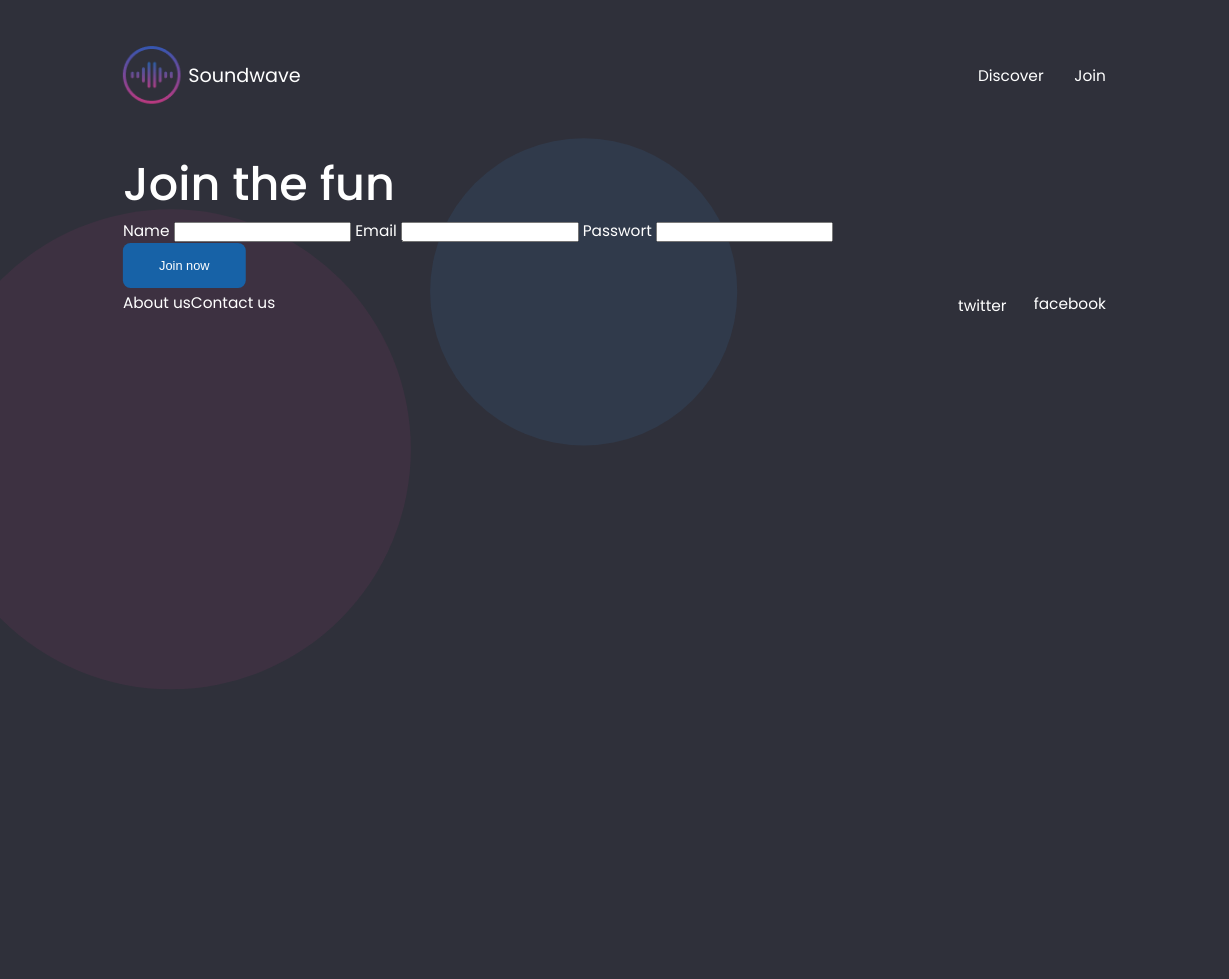
Repository: Hiiiij/soundwave
Page: pages/join.html
The author's editor kept a copy of each file at every save. The page is drawn from the files as they stood at one save, then again after the next save.
The browser window is 1280 px wide. The pictures show the whole page, at 96% of full size.

Above is the page before, as saved 2020-07-04 17:38:34.

### pages/join.html
<!DOCTYPE html>
<html lang="en">
  <head>
    <meta charset="UTF-8" />
    <meta name="viewport" content="width=device-width, initial-scale=1.0" />
    <link rel="stylesheet" href="../style.css" />
    <title>Soundwave</title>
  </head>

  <body class="main-container page-content">
    <header class="header container">
      <a href="/" class="logo">
        <img src="../assets/icons/logo.png" alt="logo-soundwave" />
        <span class="logotype">Soundwave</span>
      </a>
      <nav class="header-nav">
        <ul>
          <li>
            <a href="/pages/discover.html">Discover</a>
          </li>
          <li>
            <a href="/pages/join.html">Join</a>
          </li>
        </ul>
      </nav>
    </header>
    <section class="join container">
      <div class="left-section">
          <h1 class="title">Join the <span class="fun">fun</span> </h1>
      </div>
      <div class="right-section">
        <form class="form">

             <label for="name">Name</label>
             <input type="text" name="name" id="name"/>


             <label for="email">Email</label>
             <input type="email" name="email" id="email" />


             <label for="password">Passwort</label>
             <input type="password" name="passwort" id="passwort" />

           <div class="btn-container">
          <button class="button-primary" type="submit">Join now</button>
          </div>
          </form>
        </form>
        </div>
    </section>
     <span class="pink joy-1"></span>
      <span class="blue joy-2"></span>



    <footer class="footer-nav">
      <div class="main-container container">
        <nav class="footer">
          <ul class="footer-navigation">
            <li><a href="about.html">About us</a></li>
            <li><a href="contact.html">Contact us</a></li>
          </ul>
          <ul class="social-links">
            <li>
              <a href="#" class="link">
                <svg
                  width="24"
                  height="24"
                  viewBox="0 0 24 24"
                  fill="none"
                  xmlns="http://www.w3.org/2000/svg"
                >
                  <g clip-path="url(#clip0)">
                    <path
                      d="M24 4.55705C23.117 4.94905 22.168 5.21305 21.172 5.33205C22.189 4.72305 22.97 3.75805 23.337 2.60805C22.386 3.17205 21.332 3.58205 20.21 3.80305C19.313 2.84605 18.032 2.24805 16.616 2.24805C13.437 2.24805 11.101 5.21405 11.819 8.29305C7.728 8.08805 4.1 6.12805 1.671 3.14905C0.381 5.36205 1.002 8.25705 3.194 9.72305C2.388 9.69705 1.628 9.47605 0.965 9.10705C0.911 11.388 2.546 13.522 4.914 13.997C4.221 14.185 3.462 14.229 2.69 14.081C3.316 16.037 5.134 17.46 7.29 17.5C5.22 19.123 2.612 19.848 0 19.54C2.179 20.937 4.768 21.752 7.548 21.752C16.69 21.752 21.855 14.031 21.543 7.10605C22.505 6.41105 23.34 5.54405 24 4.55705Z"
                      class="social-links"
                    />
                  </g>
                  <defs>
                    <clipPath id="clip0">
                      <rect width="24" height="24" class="social-icons" />
                    </clipPath>
                  </defs>
                </svg>
                twitter
              </a>
            </li>
            <li>
              <a href="#" class="link">
                <svg
                  width="24"
                  height="22"
                  viewBox="0 0 24 22"
                  fill="none"
                  xmlns="http://www.w3.org/2000/svg">

                  <g clip-path="url(#clip0)">
                    <path
                      class="social-links"
                      d="M22.675 0H1.325C0.593 0 0 0.543583 0 1.21458V20.7863C0 21.4564 0.593 22 1.325 22H12.82V13.4805H9.692V10.1603H12.82V7.71192C12.82 4.87025 14.713 3.32292 17.479 3.32292C18.804 3.32292 19.942 3.41367 20.274 3.454V6.424L18.356 6.42492C16.852 6.42492 16.561 7.08033 16.561 8.041V10.1613H20.148L19.681 13.4814H16.561V22H22.677C23.407 22 24 21.4564 24 20.7854V1.21458C24 0.543583 23.407 0 22.675 0V0Z"
                    />
                  </g>
                  <defs>
                    <clipPath id="clip0">
                      <rect width="24" height="22" class="social-links" />
                    </clipPath>
                  </defs>
                </svg>
                facebook
              </a>
            </li>
          </ul>
        </nav>
      </div>
    </footer>
  </body>
</html>

### style.css
@import url("https://fonts.googleapis.com/css?family=Poppins:400,500,700");

*,
*::before,
*::after {
  box-sizing: border-box;
}

:root {
  /* colors  */
  --main-bg-color: #2f303a;
  --pink-circle: rgb(188, 58, 128);
  --blue-circle: #2f3446;
  --footer-bg: #202027;
  --primary-link-hover: #a07fe8;
  --button-primary: #1762a7;
  --button-hover: #3a90e1;
  --accent-text: #bc3a80;
  --primary-text: #ffffff;
  --link-hover: #ffb515;

  /* typography */
  --h4-font-size: 1rem;
  --h1-font-size: 3rem;
  --h2-font-size: 1.5rem;
   --extrabig-font-size:5rem;
  --logo-font-size: 1.25rem;
  --btn-text: 0.75rem;
  --font-bold: 500;
  --font-extra-bold:700;

  /* breakpoitns */
  --xs-breakpoint: 0px;
  --sm-breakpoint: 600px;
  --md-breakpoint: 960px;
  --lg-breakpoint: 1280px;
  --xl-breakpoint: 1920px;
}

/* General styles */
body {
  padding: 0;
  margin: 0;
  font-family: "Poppins", sans-serif;
  background-color: var(--main-bg-color);
  color: var(--primary-text);
  font-size: var(--h4-font-size);
  min-height: 100vh;
  overflow: hidden;
}

.page-content {
  display: flex;
  flex-direction: column;
  justify-content: space-between;
}
.main-container {
  height: 100vh;
  /* width:100vw; */
}

.container {
  width: 80vw;
  margin: 0 auto;
}

.header,
.footer {
  display: flex;
  justify-content: space-between;
  align-items: center;

}
.header {
  padding: 3rem 0;
}

.logo {
  display: flex;
  align-items: center;
  color: inherit;
  font-size: var(--h3-font-size);
  text-decoration: none;
}

.logotype {
  margin-left: 0.5rem;
  font-size: var(--logo-font-size);
}

.header-nav ul,
.footer-nav ul {
  display: flex;
  list-style: none;
  margin: 0;
  padding: 0;

}
.footer-navigation  li{
  text-align: center;
}

.header-nav > ul > li:not(:last-child) {
  margin-right: 2rem;
}

.header-nav a,
.footer-nav a {
  text-decoration: none;
  color: inherit;

}

.header-nav a:hover {
  color: var(--link-hover);
}


.title {
  font-weight: var(--font-bold);
  font-size: var(--h1-font-size);
  margin-bottom: 0;
  margin-top: 0;
}

.subt {
  font-weight: var(--font-bold);
  font-size: var(--h2-font-size);
  margin-top: 0.75rem;
  margin-bottom: 3rem;
}

.button-primary {
  border: 0;
  padding-top: 1rem;
  padding-bottom: 1rem;
  width: 8rem;
  display: inline-block;
  border-radius: 0.5rem;
  background-color: var(--button-primary);
  text-align: center;
  color: var(--primary-text);
  text-decoration: none;
}

.home {
  flex: 1;
}

.home,
.discover {
  display: flex;
}

.home .img-wrapper {
  display: flex;
  flex-grow: 1;
  flex-direction: column;
  align-items: stretch;
  justify-content: flex-end;
}

.img {
  background-image: url(./assets/images/landing-page-girl.png);
  background-repeat: no-repeat;
  flex-grow: 1;
  /* max-height:80vh;  */
  min-width: 40vw;
  min-height: 60vh;
  max-width: 515px;
  z-index: 2;
  background-size: 80%;
  background-position: 0 bottom;

  background-position: 0 bottom;
  align-items: center;
  justify-content: flex-end;
}

.home .heading {
  display: flex;
  flex-direction: column;
  align-items: flex-start;
  align-self: center;
}

@media (max-width: 900px) {
  .home .img-wrapper .img {
    display: none;
  }
  .home {
    justify-content: center;
    align-items: center;
  }

  .home .heading {
    align-items: center;
  }
  .discover{
    display: flex;
    flex-direction: column;
    align-items: center;
    justify-content: center;
  }
  .left-section
  .image-section .cover{
    display:flex;
    flex-direction: column;
    justify-content: center;
    max-width: 80%;
    margin-top:1.5rem;
  }

}

.blue,
.pink,
.half-blue {
  border-radius: 50%;
  opacity: 0.1;
  display: block;
  position: absolute;
  z-index: -1;
  height: 25vw;
  width: 25vw;
}

.blue {
  background-color: var(--button-hover);
  top: 20%;
  left: 35%;
}

.pink {
  background-color: var(--accent-text);
  top: 65%;
  left: 10%;
}

.half-blue {
  height: 40vw;
  width: 40vw;
  right: 0;
  bottom: 0;
  overflow: hidden;
  border-radius: 0;
}

.home .half-blue::before {
  content: "";
  position: absolute;
  bottom: 0;
  right: 0;
  width: 100%;
  height: 100%;
  border-radius: 50%;
  transform: translate(40%, 40%);
  background-color: var(--button-hover);
}

/* span.pink .joy-1{
width: 70vw;
height: 70vw;
transform: scale(3);
transform:translateX(-15%);
}
.blue .joy-2{
width: 70vw;
height: 70vw;
transform: scale(3);
transform:translateX(-15%);
} */
 span.pink.joy-1 {
    /* transform: scale(1.5); */
    width: 500px;
    height: 500px;
    transform: translate(-200px, -50%);
}
span.blue.joy-2 {
    transform: translate(-220px,-220px

.footer-nav {
  padding: 1rem 0;
  background-color: var(--footer-bg);
  font-weight: var(--font-bold);
  max-height: 78px;
}

.footer > ul > li:not(:last-child) {
  margin-right: 2rem;
}

.footer .social-links {
  fill: var(--primary-text);
  /* align-items: center; */
}
.footer-navigation a:hover, .footer-navigation a:focus, .footer-navigation a:active  {
  color: var(--link-hover);
}

.social-links a:hover, .social-links a:focus, .social-links a:active {
  color: var(--button-hover);
}
.footer a:hover .social-links {
  fill: var(--button-hover);
}

/* section Discover*/

.discover {
  max-width: 80vw;
  margin: 0 auto;
}

.image-section {
  margin-left: 4rem;
  min-width: 200px;

}

.cover {
  width: 100%;
}

.icon {
  max-width: 2rem;

}

.icon-description {
  margin-top: 1rem;
  margin-bottom: 0;
  min-width: 75px;
  text-align: center;
}

.icons-grid {
  display: flex;
  flex-direction: row;
  margin-top: 3rem;
  margin-bottom: 3rem;

}

.icon-grid-item {
  background-color: var(--footer-bg);
  display: flex;
  flex-direction: column;
  justify-content: center;
  align-items: center;
  padding: 1rem;
  border-radius: 0.5rem;
}

.icon-grid-item:not(:last-child) {
  margin-right: 2rem;
}
.subt {
  margin-top: 3rem;
}


/*section join*/
.join {
  display:flex;
  justify-content: space-between;
  /* align-items: center; */
}
.join left-section{
  flex-grow: 1;
}

.join .title{
 font-weight: var(--font-extra-bold);
 font-size:var(--extrabig-font-size);

}
.left-section .fun{
  color: var(--accent-text);
  font-weight: var(--font-extra-bold);
}

.right-section{
 flex-direction: column;
  flex-grow: 1;
   align-items: center;

}

.form{
  display: flex;
  flex-direction: column;
  /* justify-content: flex-end; */

  background-color: var(--footer-bg);

  width:50vw;
  max-width: 50%;
  min-width: 40%;
  margin-left: 3rem;
  border-radius: 1rem;

}

label{
  margin-bottom: .25rem;
  font-weight: var(--font-bold);
}
input{
margin-bottom: 3rem;
height: 3rem;
background: none;
outline: none;
border:1px solid var(--blue-circle);
font-size: var(--primary-text);
padding:.5rem ;
color:inherit;
}

input:focus{
  border-color: var(--accent-text)
}

After the next save:
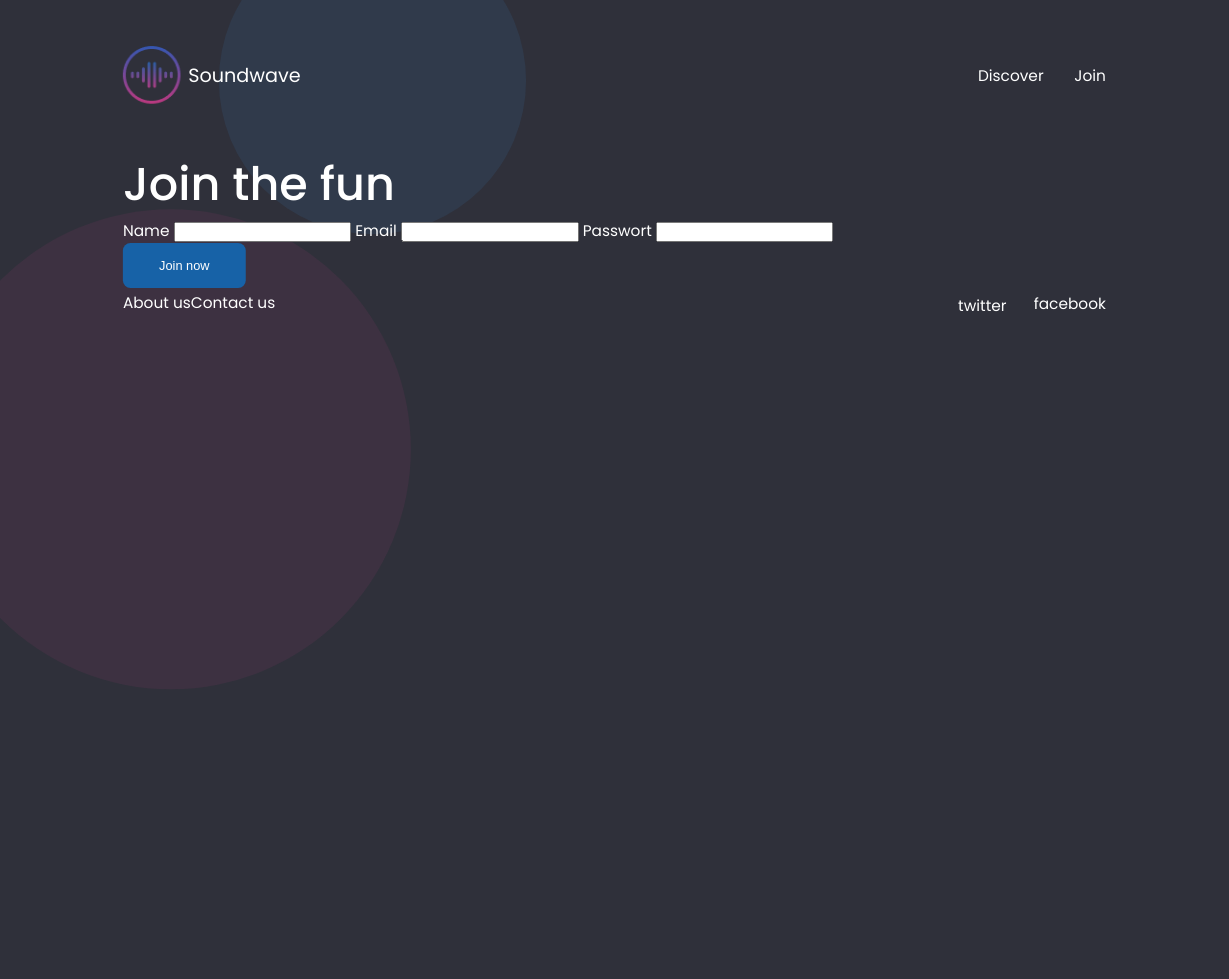
Saved 8 s later.
--- a/style.css
+++ b/style.css
@@ -277,7 +277,7 @@ transform:translateX(-15%);
     transform: translate(-200px, -50%);
 }
 span.blue.joy-2 {
-    transform: translate(-220px,-220px
+    transform: translate(-220px,-220px);
 
 .footer-nav {
   padding: 1rem 0;
